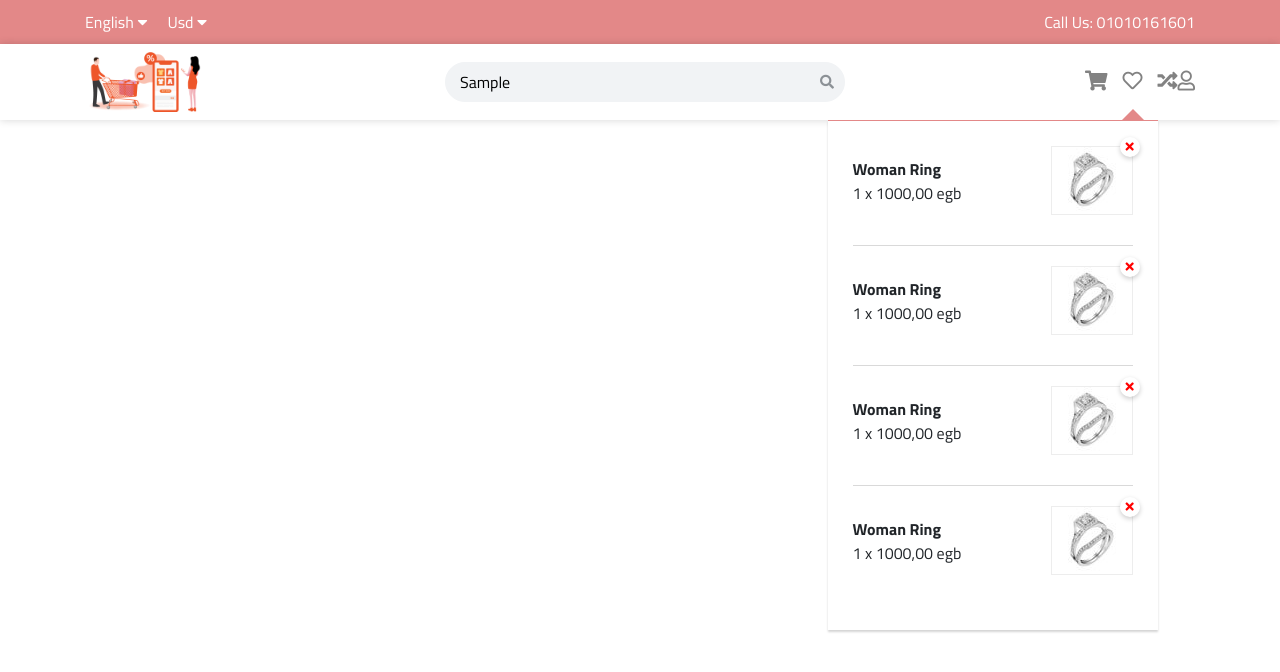
Repository: amrh20/ecommerce-temp
Page: src/index.html
An editor plug-in stored every save of this project. The page is shown before and after the next save, followed by the edit.
The browser window is 1280 px wide. The pictures show the whole page.
Empty fields were first filled with sample values (such as "Sample", 5 or name@example.com).
After loading, the first visible `div.wishlist-view` was clicked once.
The style sheet was rebuilt from its Sass, Less or Tailwind sources for each picture, by a compiler version that may differ from the author's.

Above is the page before, as saved 2020-01-19 12:10:23.

### src/index.html
<!DOCTYPE html>
<html lang="en" dir="ltr">

<head>
  <!-- Mobile specific metas===========================-->
  <meta charset="UTF-8">
  <meta name="viewport" content="width=device-width, initial-scale=1.0">
  <meta http-equiv="X-UA-Compatible" content="ie=edge">
  <!-- Basic page needs===========================-->
  <title>template</title>
  <!-- Favicon===========================-->
  <!-- <link rel="shortcut icon" type="image/x-icon" href="./images/fave-icon.png"> -->
  <!-- Css Base And Vendor ===========================-->
  <link rel="stylesheet" href="./vendors/bootstrap-4/css/bootstrap.min.css">
  <link rel="stylesheet" href="./vendors/fontawesome5.2/css/all.min.css">
  <link rel="stylesheet" href="./vendors/slickslider/slick.css">
  <!-- Site Style===========================-->
  <link rel="stylesheet" href="./styles/main.css">
  <!--[if lt IE 9]>
            <script src="https://oss.maxcdn.com/html5shiv/3.7.2/html5shiv.min.js"></script>
            <script src="https://oss.maxcdn.com/respond/1.4.2/respond.min.js"></script>
        <![endif]-->
</head>

<body>
  <div class="wrapper">
    <div class="body_overlay">
    <!-- start header -->
    <header>
      <div class="header">
        <!-- start top header -->
        <div class="top_header">
          <div class="container">
           <div class="top-header_content">
             <!-- dropdowns -->
            <div class="top_header-dropdowns">
              <!-- start language dropdown -->
              <div class="langauge-dropdown">
                <div class="top_header-dropdown-head">
                  <span>english</span>
                  <i class="fas fa-caret-down"></i>
                  <div class="top_header-dropdown-content">
                    <ul>
                      <li>english</li>
                      <li>french</li>
                    </ul>
                  </div>
                </div>

              </div><!-- end language dropdown -->

              <!-- start currency dropdown -->
              <div class="currency-dropdown">
                <div class="top_header-dropdown-head">
                  <span>usd</span>
                  <i class="fas fa-caret-down"></i>
                  <div class="top_header-dropdown-content">
                    <ul>
                      <li>egb</li>
                      <li>usd</li>
                    </ul>
                  </div>
                </div>

              </div><!-- end currency dropdown -->
            </div>
            <!-- contact -->
            <div class="top_header-contact">
              <p>Call Us: 01010161601</p>
            </div>

           </div>


          </div>
        </div><!-- end top header -->
        <!-- start middle haeder -->
        <div class="mid_header">
          <div class="container">
            <div class="mid_header-content">
              <!-- logo -->
              <div class="logo">
                <img src="./images/logo.png" alt="logo">
              </div>
              <!-- search -->
              <div class="search">
                <input type="text" placeholder="search">
                <i class="fas fa-search"></i>
              </div>
              <!-- icons -->
              <div class="icons">
                <div class="shopping-cart">
                  <div class="icon_head">
                    <i class="fas fa-shopping-cart"></i>
                  </div>

                  <div class="shopping-cart_content custom_content">
                    <div class="shopping-cart_details custom_details">
                      <div class="shopping-cart_row custom_row">
                        <div class="product_img">
                          <img src="./images/product-cart.png" alt="">
                        </div>
                        <div class="product_details">
                          <p class="product_name">Marvelous Modern 3 Seater</p>
                          <p class="product_price"> 599,00 <span>egb</span> </p>
                          <p>Qty: <span>1</span></p>
                        </div>
                        <div class="delete_product">
                          <i class="fa fa-times"></i>
                        </div>
                      </div>
                      <div class="shopping-cart_row custom_row">
                        <div class="product_img">
                          <img src="./images/product-cart.png" alt="">
                        </div>
                        <div class="product_details">
                          <p class="product_name">Marvelous Modern 3 Seater</p>
                          <p class="product_price"> 599,00 <span>egb</span> </p>
                          <p>Qty: <span>1</span></p>
                        </div>
                        <div class="delete_product">
                          <i class="fa fa-times"></i>
                        </div>
                      </div>
                        <div class="shopping-cart_row custom_row">
                        <div class="product_img">
                          <img src="./images/product-cart.png" alt="">
                        </div>
                        <div class="product_details">
                          <p class="product_name">Marvelous Modern 3 Seater</p>
                          <p class="product_price"> 599,00 <span>egb</span> </p>
                          <p>Qty: <span>1</span></p>
                        </div>
                        <div class="delete_product">
                          <i class="fa fa-times"></i>
                        </div>
                      </div>
                    </div>

                    <div class="custom-overlay">
                    </div>
                    <div class="total_price">
                      <span>sub total</span>
                      <span>800,00 egb</span>
                    </div>
                    <div class="cart_btns">
                      <button class="temp_button">view cart</button>
                      <button class="temp_button checkout_btn">checkout</button>
                    </div>
                  </div>

                </div>
                <div class="wishlist-view">
                  <div class="icon_head">
                    <i class="far fa-heart"></i>
                  </div>
                  <div class="wishlist-view_content custom_content">
                    <div class="wishlist-view_details custom_detaiLs">
                     <div class="wishlist-view_row custom_row">
                        <div class="product-details">
                          <p class="product_name">Woman Ring</p>
                          <p class="product_price"> <span>1</span> x 1000,00 egb</p>
                        </div>
                        <div class="product_img">
                          <img src="./images/wishlist_product.jpg" alt="wishlist_product">
                          <i class="fa fa-times"></i>
                        </div>
                     </div>
                    </div>
                    <div class="wishlist-view_details custom_detaiLs">
                      <div class="wishlist-view_row custom_row">
                         <div class="product-details">
                           <p class="product_name">Woman Ring</p>
                           <p class="product_price"> <span>1</span> x 1000,00 egb</p>
                         </div>
                         <div class="product_img">
                           <img src="./images/wishlist_product.jpg" alt="wishlist_product">
                           <i class="fa fa-times"></i>
                         </div>
                      </div>
                     </div>
                     <div class="wishlist-view_details custom_detaiLs">
                      <div class="wishlist-view_row custom_row">
                         <div class="product-details">
                           <p class="product_name">Woman Ring</p>
                           <p class="product_price"> <span>1</span> x 1000,00 egb</p>
                         </div>
                         <div class="product_img">
                           <img src="./images/wishlist_product.jpg" alt="wishlist_product">
                           <i class="fa fa-times"></i>
                         </div>
                      </div>
                     </div>
                     <div class="wishlist-view_details custom_detaiLs">
                      <div class="wishlist-view_row custom_row">
                         <div class="product-details">
                           <p class="product_name">Woman Ring</p>
                           <p class="product_price"> <span>1</span> x 1000,00 egb</p>
                         </div>
                         <div class="product_img">
                           <img src="./images/wishlist_product.jpg" alt="wishlist_product">
                           <i class="fa fa-times"></i>
                         </div>
                      </div>
                     </div>
                    <div class="custom-overlay">
                    </div>
                  </div>

                </div>
                <div class="icon">
                  <i class="fa fa-random"></i>
                </div>
               <div class="icon">
                <i class="far fa-user"></i>
               </div>

              </div>
            </div>
          </div>
        </div>
        <!-- end middle haeder -->
      </div>
    </header><!-- end header -->
    </div>
  </div>

  </div>
  <!--Scripts Plugins========================-->
  <script src="./vendors/jquery/jquery-3.3.1.min.js"></script>
  <script src="./vendors/bootstrap-4/js/bootstrap.min.js"></script>
  <!-- Custom js ====================-->
  <script src="scripts/app.js"></script>
</body>

</html>

### src/scripts/app.js
$( document ).ready(function() {
    $(".shopping-cart").click(function(){
        $(".shopping-cart_content").toggleClass("showcontent");

    })
    $(".wishlist-view").click(function(){
        $(".wishlist-view_content").toggleClass("showcontent")
    })
});


// var allButtons = document.querySelectorAll('.icon_head');
// console.log("Found", allButtons.length, "div which class starts with “button”.");

// for (var i = 0; i < allButtons.length; i++) {
//   allButtons[i].addEventListener('click', function() {
//     $(".shopping-cart_content").toggleClass("showcontent")
//   });
// }

### src/styles/main.scss
/* imports sass files
========================*/
@import "../styles/variables.scss";
@import "../styles/buttons.scss";
@import "../styles/forms.scss";
@import "../styles/header.scss";
@import "../styles/base.scss";
@import "../styles/general.scss";

### src/styles/variables.scss
/* our sass varaibles
========================*/
$main-color :#e38888;
$second-color :#222222;
$icons-color :#828282;
$white: #fff;
$black : #000;
$top-header-hover :#e5e5e5;

### src/styles/buttons.scss
@import "../styles/variables.scss";

/* Buttons
==================================*/

### src/styles/forms.scss
@import "../styles/variables.scss";

/* forms
==============================*/
.form-control {
  height: 5rem;
  border: 2px solid transparent;
  border-radius: 1rem;
  box-shadow: 0 4px 10px -2px rgba(126, 173, 225, .5);
  font-size: 1.6rem;
  transition: all .3s ease-in-out;
  padding-left: 15px;

  &:focus {
    outline: none;
    box-shadow: 0 4px 10px -2px rgba(126, 173, 225, .5);
  }

  &::-webkit-input-placeholder {
    color: #7e7e7e;
    text-transform: capitalize;
    font-size: 1.4rem;
  }

  &.remove-default::-webkit-inner-spin-button,
  &.remove-default::-webkit-outer-spin-button,
  &.remove-default,
  &[type=date]::-webkit-inner-spin-button,
  &[type=date]::-webkit-outer-spin-button {
    -webkit-appearance: none;
    -moz-appearance: none;
    margin: 0;
  }

  &.remove-default::-webkit-inner-spin-button,
  &.remove-default::-webkit-outer-spin-button,
  &.remove-default,
  &[type=date] {
    -moz-appearance: textfield;
  }

}

textarea {
  height: auto;
  resize: none;
  width: 100%;
  border: 2px solid transparent;
  border-radius: 1rem;
  box-shadow: 0 4px 10px -2px rgba(126, 173, 225, .5);
  font-size: 1.6rem;
  transition: all .3s ease-in-out;
  padding: 15px;

  &:focus {
    outline: none;
    box-shadow: 0 4px 10px -2px rgba(126, 173, 225, .5);
  }
}

/*check-radio-item*/
.zvendo-check-item {
  margin-bottom: 1.5rem;
  text-align: start;

  &:last-of-type label {
    margin-left: 0;
  }

  input[type="radio"],
  input[type="checkbox"] {
    display: none;
  }

  input[type="radio"]+label,
  input[type="checkbox"]+label {
    position: relative;
    display: block;
    margin-bottom: 0;
    font-size: 1.42rem;
    text-transform: capitalize;
    color: #333232;
    cursor: pointer;
    padding-inline-start: 4rem;
  }

  input[type="radio"]+label::before,
  input[type="checkbox"]+label::before {
    position: absolute;
    content: "";
    font-family: 'Font Awesome 5 Free';
    font-weight: 900;
    display: flex;
    align-items: center;
    justify-content: center;
    font-size: 2rem;
    width: 3rem;
    height: 3rem;
    top: .5rem;
    left: 0;
    background-color: transparent;
    border: 2px solid $main-color;
    border-radius: .9rem;

    [dir="rtl"] & {
      left: auto;
      right: 0;
    }
  }

  input[type="radio"]:checked+label,
  input[type="checkbox"]:checked+label {
    color: $main-color;
  }

  input[type="radio"]:checked+label::before,
  input[type="checkbox"]:checked+label::before {
    font-family: "Font Awesome 5 Free";
    content: "\f00c";
    background-color: transparent;
    color: $main-color;
  }
}

### src/styles/header.scss
@import "../styles/variables.scss";

.header {
  // start top header
  .top_header {
    background-color: $main-color;
    color: $white;
    padding: 10px 0;
    .top-header_content {
      display: flex;
      justify-content: space-between;
      .top_header-dropdowns {
        display: flex;
        .langauge-dropdown,
        .currency-dropdown {
          position: relative;
          .top_header-dropdown-head {
            cursor: pointer;
            width: fit-content;
            text-transform: capitalize;
            .top_header-dropdown-content {
              background-color: $white;
              position: absolute;
              top: 52px;
              box-shadow: 0 0 8px 0 rgba(0, 0, 0, 0.17);
              color: $black;
              min-width: 80px;
              text-transform: capitalize;
              opacity: 0;
              visibility: hidden;
              transition: all 0.3s ease-in-out;
              ul {
                li {
                  padding: 10px;
                  cursor: pointer;
                  &:first-of-type {
                    padding-bottom: 0;
                  }
                  &:hover {
                    color: $main-color;
                  }
                }
              }
            }
            &:hover {
              .top_header-dropdown-content {
                opacity: 1;
                visibility: visible;
                top: 32px;
              }
            }
          }
        }
        .langauge-dropdown {
          margin-right: 20px;
        }
      }
    }
  }
  // start middle header
  .mid_header {
    box-shadow: 0 0 8px 0 rgba(0, 0, 0, 0.17);
    padding: 8px 0;
    .mid_header-content {
      display: flex;
      align-items: center;
      justify-content: space-between;
      .logo {
        img {
          max-height: 60px;
        }
      }
      // search
      .search {
        position: relative;
        input {
          border: 1px solid #f1f3f5;
          border-radius: 20px;
          background: #f1f3f5;
          min-width: 400px;
          padding: 7px 14px;
        }
        i {
          position: absolute;
          right: 11px;
          font-size: 14px;
          top: 50%;
          transform: translateY(-50%);
          color: #8c9196;
        }
      }
      // icons
      .icons {
        display: flex;

        i {
          font-size: 20px;
          color: $icons-color;
          cursor: pointer;
        }
        // shopping cart view
        .shopping-cart {
          position: relative;
          margin-right: 15px;
          .shopping-cart_row {
            .product_img {
              img {
                max-height: 100px;
              }
            }
            .product_details {
              margin: 0 15px;
              .product_name {
                font-weight: 700;
                overflow: hidden;
                text-overflow: ellipsis;
                white-space: nowrap;
                max-width: 170px;
              }
              .product_price {
                text-transform: uppercase;
                color: $main-color;
              }
            }
            .delete_product {
              i {
                color: red;
                font-size: 14px;
              }
            }
          }

          .total_price {
            display: flex;
            justify-content: space-between;
            padding: 15px 25px;
            text-transform: capitalize;
            border-top: 1px solid #eee;
            border-bottom: 1px solid #eee;
            span {
              &:first-of-type {
                color: #757575;
              }
              &:nth-of-type(2) {
                color: #010101;
                font-weight: 600;
              }
            }
          }
          .cart_btns {
            display: flex;
            justify-content: space-between;
            padding: 15px 25px;
            .checkout_btn {
                background-color: $main-color;
                color: $white;
                &:hover {
                    color: $main-color;
                    background-color: $white;
                }
            }
          }
        }

        // wishlist veiw
        .wishlist-view {
          margin-right: 15px;
          position: relative;
          .wishlist-view_content {
          padding: 25px;
          border-top: 1px solid $main-color;
          min-width: 330px;
          }
          .wishlist-view_details {
            margin-bottom: 30px;
            &:not(:first-of-type){
              border-top: 1px solid rgba(0,0,0,.15);
              padding-top: 20px;
            }
          }
          .wishlist-view_row {
            justify-content: space-between;
            padding: 0;
            .product_name {
              font-weight: 800;
            }
            .product_img {
              border: 1px solid #ededed;
              position: relative;
              i {
                position: absolute;
                right: -8px;
                top: -10px;
                font-size: 12px;
                box-shadow: 0 2px 5px rgba(0,0,0,0.2);
                width: 2rem;
                height: 2rem;
                border-radius: 50%;
                background-color: #fff;
                display: flex;
                left: c;
                color: red;
                justify-content: center;
                align-items: center;
              }
            }

          }

        }
      }
    }
  }
  // custom views
  .custom-overlay {
    border-color: #e38888 transparent;
    border-style: solid;
    border-width: 0 12px 12px;
    height: 0;
    width: 0;
    top: -12px;
    right: 13px;
    position: absolute;
  }
  .custom_content {
    transition: all 0.3s ease-in-out;
    position: absolute;
    min-width: 360px;
    top: 20px;
    right: -15px;
    transition: all 0.3s ease;
    opacity: 0;
    visibility: hidden;
    box-shadow: 0 2px 2px rgba(0, 0, 0, 0.17);
    background-color: $white;
    .custom_details {
        border-top: 1px solid $main-color;
        max-height: 350px;
        overflow: auto;
    }
    &.showcontent {
      opacity: 1;
      visibility: visible;
      top: 50px;
    }
  }
  .custom_row {
    padding: 5px 25px;
    display: flex;
    align-items: center;
  }
}

### src/styles/base.scss
@import "../styles/variables.scss";

/* General elements
======================*/
*,p {
  margin: 0;
  padding: 0;
}
*,
*:focus {
  outline: none !important;
}

.highlightClass {
  color: $main-color;
}
/*import fonts
========================*/
@import url('https://fonts.googleapis.com/css?family=Ubuntu:400,700');

@font-face {
  font-family: Cairo;
  font-style: normal;
  src: local('Cairo Regular'), local('Cairo-Regular'), url("../fonts/Cairo/Cairo-Regular.ttf");
  font-display: swap;
  font-weight: 400;
}
@font-face {
  font-family: Cairo;
  font-style: normal;
  src: local('Cairo Cairo-SemiBold'), local('Cairo-Cairo-SemiBold'), url("../fonts/Cairo/Cairo-SemiBold.ttf");
  font-display: swap;
  font-weight: 600;
}
@font-face {
  font-family: Cairo;
  font-style: normal;
  src: local('Cairo Bold'), local('Cairo-Bold'), url("../fonts/Cairo/Cairo-Bold.ttf");
  font-display: swap;
  font-weight: 700;
}
/*body-layout
========================*/
html {
  font-size: 62.5%;
  overflow-x: hidden;
}
body {
  font-family: 'Cairo',  sans-serif;
  font-size: 1.6rem;

  [dir=rtl] & {
    direction: rtl;
    text-align: right;
  }
}

.wrapper {
  position: relative;
  width: 100%;
}
/* Links
==================*/
a {
  color: inherit;
  &:hover,
  &:focus {
    text-decoration: none;
    transition: all .3s ease-in-out;
    color: inherit;
  }
}
/* Images
============================*/
img {
  // display: block;
  max-width: 100%;
  height: auto;
}

// list items
ul {
  list-style: none;
  margin: 0;
}

/* inputs
============================*/

### src/styles/general.scss
@import "../styles/variables.scss";


// buttons
.temp_button {
    color: $black;
    padding: 5px 22px;
    border-radius: 18px;
    vertical-align: top;
    display: inline-block;
    background: transparent;
    border: 1px solid $main-color;
    text-transform: uppercase;
    cursor: pointer;
    transition: all .3s ease-in-out;
    &:hover {
        background-color: $main-color;
        color: $white;
    }
}

Loaded but not shown: src/vendors/bootstrap-4/css/bootstrap.min.css (library); src/vendors/fontawesome5.2/css/all.min.css (library); src/vendors/slickslider/slick.css (common file); src/vendors/jquery/jquery-3.3.1.min.js (library); src/vendors/bootstrap-4/js/bootstrap.min.js (library)

After the next save:
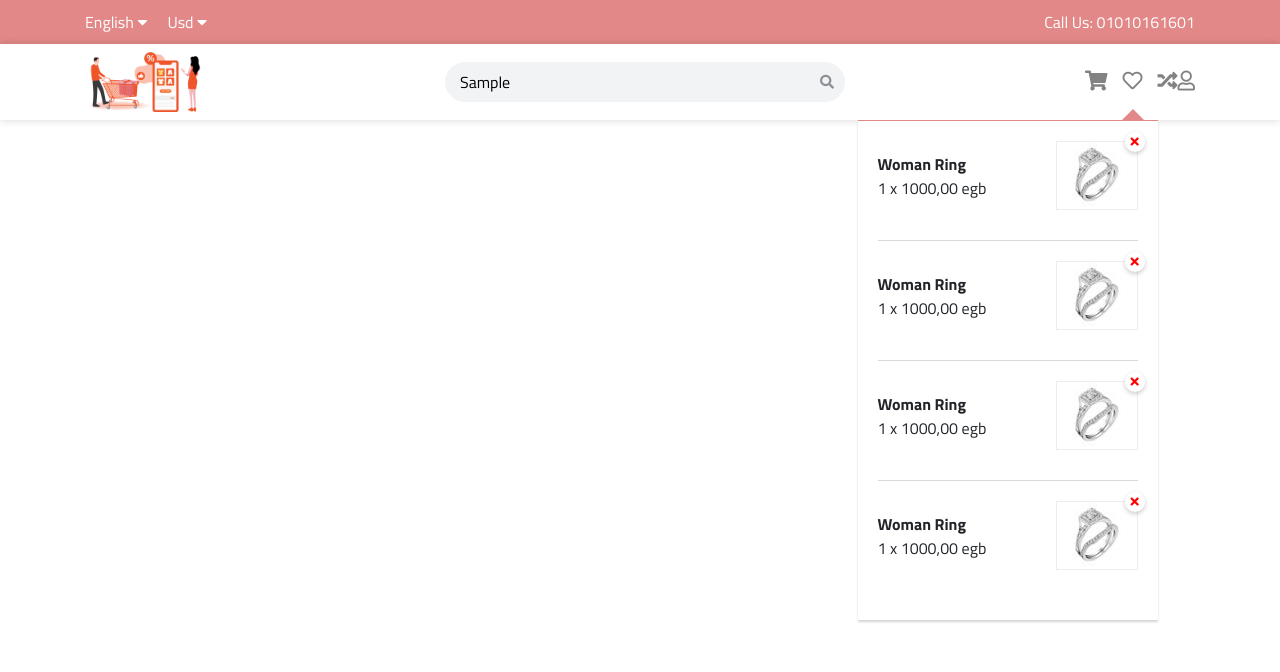
Saved 66 s later.
--- a/src/styles/header.scss
+++ b/src/styles/header.scss
@@ -167,9 +167,9 @@
           margin-right: 15px;
           position: relative;
           .wishlist-view_content {
-          padding: 25px;
+          padding: 20px;
           border-top: 1px solid $main-color;
-          min-width: 330px;
+          min-width: 300px;
           }
           .wishlist-view_details {
             margin-bottom: 30px;
